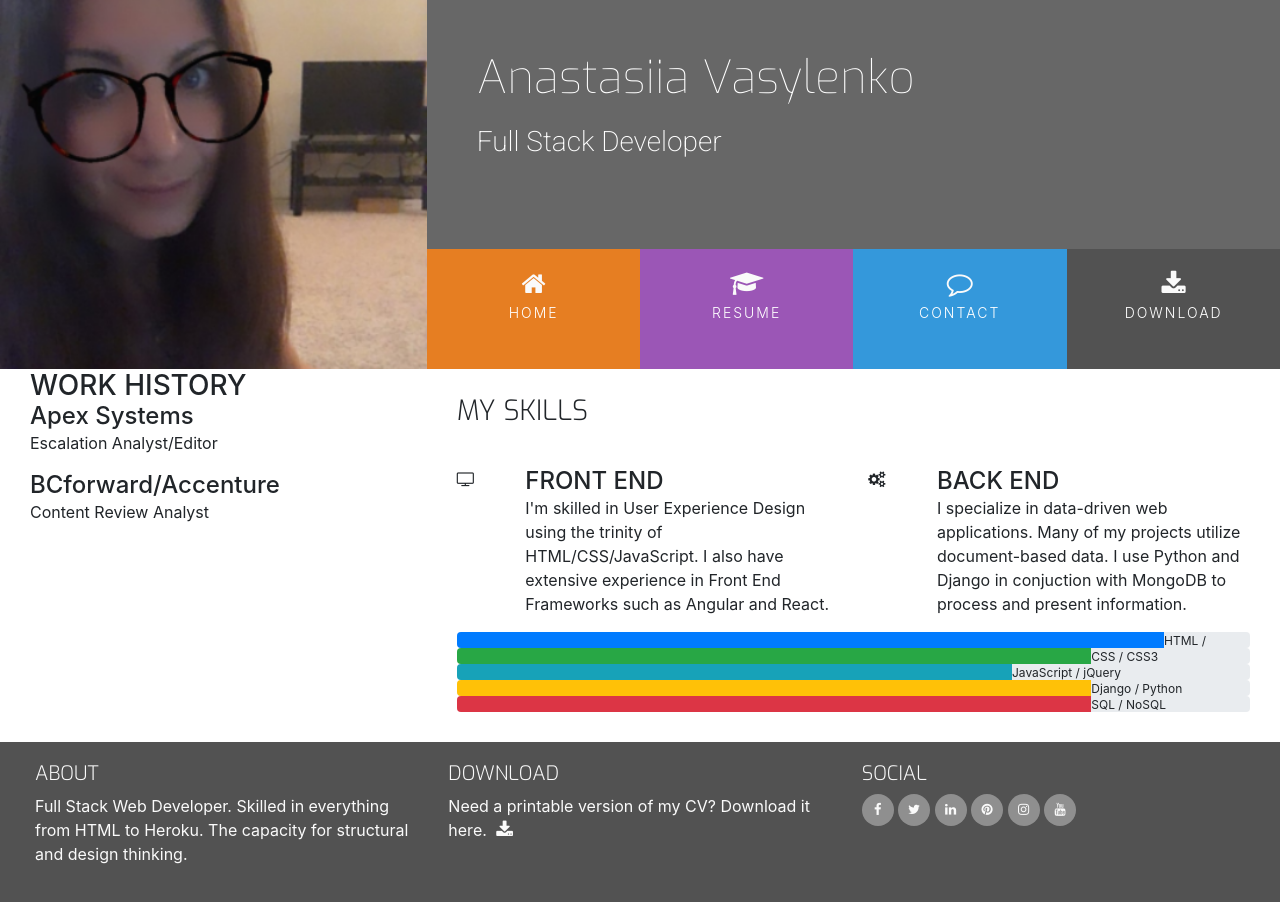
Repository: aavasylenko/myresume
Page: resume.html
The author's editor kept a record of every edit. The page is drawn from the files as they stood at one moment, then again after the next edit.
The browser window is 1280 px wide. The pictures show the whole page.

Above is the page before.

### resume.html
<!DOCTYPE html>
<html lang="en">

<head>
    <meta charset="UTF-8">
    <meta name="viewport" content="width=device-width, initial-scale=1.0">
    <meta http-equiv="X-UA-Compatible" content="ie=edge">
    <link rel="stylesheet" href="https://stackpath.bootstrapcdn.com/bootstrap/4.3.1/css/bootstrap.min.css" type="text/css" />
    <link rel="stylesheet" href="https://stackpath.bootstrapcdn.com/font-awesome/4.7.0/css/font-awesome.min.css" type="text/css" />
    <link rel="stylesheet" href="https://cdnjs.cloudflare.com/ajax/libs/hover.css/2.3.1/css/hover-min.css" type="text/css" />
    <link rel="stylesheet" href="assets/css/style.css" type="text/css" />
    <title>Rosie</title>
</head>

<body>
    <header>
        <div class='row no-gutters'>
            <a href="index.html" class="col-md-4 logo">

            </a>
            <div class='col-md-8'>
                <div class='row no-gutters bg-color-name-title'>
                    <div class='col heading'>
                        <h1 class='name'>Anastasiia Vasylenko</h1>
                        <h2 class='title'>Full Stack Developer</h2>
                    </div>
                </div>
                <div class="row no-gutters">
                    <div class="col">
                        <ul id="nav" class="list-inline menucontainer">
                            <li class="col-6 col-sm-3 ui-menu-color-home list-inline-item menuitem">
                                <a href="index.html" class="hvr-sweep-to-bottom"><i class="fa fa-home" aria-hdden="true"></i><span>Home</span></a>
                            </li>
                            <li class="col-6 col-sm-3 ui-menu-color-resume list-inline-item menuitem">
                                <a href="resume.html" class="hvr-sweep-to-bottom"><i class="fa fa-graduation-cap" aria-hdden="true"></i><span>Resume</span></a>
                            </li>
                            <li class="col-6 col-sm-3 ui-menu-color-contact list-inline-item menuitem">
                                <a href="contact.html" class="hvr-sweep-to-bottom"><i class="fa fa-comment-o" aria-hdden="true"></i><span>Contact</span></a>
                            </li>
                            <li class="col-6 col-sm-3 ui-menu-color-download list-inline-item menuitem">
                                <a href="#" class="hvr-sweep-to-bottom"><i class="fa fa-download" aria-hdden="true"></i><span>Download</span></a>
                            </li>
                        </ul>
                    </div>
                </div>
            </div>
        </div>
    </header>
    <section class="container-fluid">
        <div class="row">
            <div class="col-md-4 bg-color-work-history section-column">
                <div class="row">
                    <div class="col-12">
                        <h3 class="history-heading uppercase">Work History</h3>
                    </div>
                </div>
                <div class="timeline-item" data-dates="10/2016 - 10/2017">
                    <h4>Apex Systems</h4>
                    <p>Escalation Analyst/Editor</p>
                </div>
                <div class="timeline-item" data-dates="10/2017 - 06/2018">
                    <h4>BCforward/Accenture</h4>
                    <p>Content Review Analyst</p>
                </div>
            </div>
            <div class="col-md-8 bg-color-three-reasons section-column">
                <div class="row">
                    <div class="col">
                        <h3 class="section-heading uppercase">My skills</h3>
                    </div>
                </div>
                <div class="row">
                    <div class="col-10 offset-1 offset-sm-0 col-sm-4 col-md-6">
                        <div class="row">
                            <div class="col-2">
                                <i class="three-reasons-icon fa fa-tv" aria-hidden="true"></i>
                            </div>
                            <div class="col-10">
                                <h4 class="three-reasons-heading uppercase">Front End</h4>
                                <p>
                                    I'm skilled in User Experience Design using the trinity of HTML/CSS/JavaScript. I also have extensive experience in Front End Frameworks such as Angular and React.
                                </p>
                            </div>
                        </div>
                    </div>
                    <div class="col-10 offset-1 offset-sm-0 col-sm-4 col-md-6">
                        <div class="row">
                            <div class="col-2">
                                <i class="three-reasons-icon fa fa-gears" aria-hidden="true"></i>
                            </div>
                            <div class="col-10">
                                <h4 class="three-reasons-heading uppercase">Back End</h4>
                                <p>
                                    I specialize in data-driven web applications. Many of my projects utilize document-based data. I use Python and Django in conjuction with MongoDB to process and present information.
                                </p>
                            </div>
                        </div>
                    </div>
                </div>
                <div class="row progress-section">
                    <div class="col">
                        <div class="progress">
                            <div class="progress-bar" role="progressbar" aria-valuenow="90" aria-valuemin="0" aria-valuemax="100" style="width:90%;">
                                <span class="sr-only">90% complete</span>
                            </div>
                            <span class="progress-type">HTML / HTML5</span>
                        </div>
                        <div class="progress">
                            <div class="progress-bar bg-success" role="progressbar" aria-valuenow="80" aria-valuemin="0" aria-valuemax="100" style="width:80%;">
                                <span class="sr-only">80% complete</span>
                            </div>
                            <span class="progress-type">CSS / CSS3</span>
                        </div>
                        <div class="progress">
                            <div class="progress-bar bg-info" role="progressbar" aria-valuenow="70" aria-valuemin="0" aria-valuemax="100" style="width:70%;">
                                <span class="sr-only">70% complete</span>
                            </div>
                            <span class="progress-type">JavaScript / jQuery</span>
                        </div>
                        <div class="progress">
                            <div class="progress-bar bg-warning" role="progressbar" aria-valuenow="80" aria-valuemin="0" aria-valuemax="100" style="width:80%;">
                                <span class="sr-only">80% complete</span>
                            </div>
                            <span class="progress-type">Django / Python</span>
                        </div>
                        <div class="progress">
                            <div class="progress-bar bg-danger" role="progressbar" aria-valuenow="80" aria-valuemin="0" aria-valuemax="100" style="width:80%;">
                                <span class="sr-only">80% complete</span>
                            </div>
                            <span class="progress-type">SQL / NoSQL</span>
                        </div>
                    </div>
                </div>
            </div>
        </div>

    </section>
    <footer class="container-fluid">
        <div id="footer-details" class="row">
            <div class="col-sm-4">
                <h5 class="uppercase general-sub">About</h5>
                <p class='inline-block'>
                    Full Stack Web Developer. Skilled in everything from HTML to Heroku. The capacity for structural and design thinking.
                </p>
            </div>
            <div class="col-sm-4">
                <h5 class="uppercase general-sub">Download</h5>
                <p class='inline-block'>
                    Need a printable version of my CV? Download it here.
                    <a href='#' target="_blank" class="cv-pdf">
                        <i class="fa fa-download" aria-hidden='true'></i>
                        <span class='sr-only'>Download link.</span>
                    </a>
                </p>
            </div>
            <div class="col-sm-4">
                <h5 class="uppercase general-sub">Social</h5>
                <ul class='list-inline social-links'>
                    <li class='list-inline-item'>
                        <a target='_blank' href="#">
                            <i class="fa fa-facebook" aria-hidden='true'></i>
                            <span class='sr-only'>Facebook</span>
                        </a>
                    </li>
                    <li class='list-inline-item'>
                        <a target='_blank' href="#">
                            <i class="fa fa-twitter" aria-hidden='true'></i>
                            <span class='sr-only'>Twitter</span>
                        </a>
                    </li>
                    <li class='list-inline-item'>
                        <a target='_blank' href="#">
                            <i class="fa fa-linkedin" aria-hidden='true'></i>
                            <span class='sr-only'>LinkedIn</span>
                        </a>
                    </li>
                    <li class='list-inline-item'>
                        <a target='_blank' href="#">
                            <i class="fa fa-pinterest" aria-hidden='true'></i>
                            <span class='sr-only'>Pinterest</span>
                        </a>
                    </li>
                    <li class='list-inline-item'>
                        <a target='_blank' href="#">
                            <i class="fa fa-instagram" aria-hidden='true'></i>
                            <span class='sr-only'>Instagram</span>
                        </a>
                    </li>
                    <li class='list-inline-item'>
                        <a target='_blank' href="#">
                            <i class="fa fa-youtube" aria-hidden='true'></i>
                            <span class='sr-only'>YouTube</span>
                        </a>
                    </li>
                </ul>
            </div>
        </div>

    </footer>
</body>

</html>

### assets/css/style.css
@import url('https://fonts.googleapis.com/css?family=Roboto:100,200,300,400,500,600,700|Exo:100,200,300,400,500,600,700');

/*----------------------------Colors */

.bg-color-name-title {
    background-color: #676767;
}

.bg-color-three-reasons {
    background-color: #fff;

}

.ui-menu-color-home {
    background-color: #e67e22;
}

.ui-menu-color-resume {
    background-color: #9b56b6;
}

.ui-menu-color-contact {
    background-color: #3498db;
}

.ui-menu-color-download {
    background-color: #525252;
}

/*----------------------------Special paddings/margins/text */

h1,
h2,
h3,
h4 {
    margin: 0;
}

.uppercase {
    text-transform: uppercase;
}

.general-sub {
    font-family: "Exo", sans-serif;
    font-weight: 300;
    color: #fafafa;
}

.inline-block {
    display: inline-block;
}

.row-table {
    display: table;
}

.section-column {
    display: table-cell;
    padding: 0 30px 30px;
    float: none;
}

.section-heading {
    font-family: "Exo", sans-serif;
    font-weight: 300;
    margin-top: 25px;
    margin-bottom: 40px;
}

/*----------------------------Heading */

header {
    margin: 0;
}

.heading {
    margin-left: 50px;
}

.logo {
    background: url("../images/avatar.jpg");
    background-position: center;
    background-repeat: no-repeat;
    background-size: cover;
    min-height: 360px;
    transition: all .5s ease-in-out;
    -moz-transition: all .5s ease-in-out;
    -webkit-transition: all .5s ease-in-out;
}

.name {
    font-family: "Exo", sans-serif;
    font-weight: 100;
    font-size: 46px;
    margin-top: 50px;
    color: #fff;
}

.title {
    font-family: "Roboto", sans-serif;
    font-weight: 200;
    font-size: 28px;
    margin-top: 20px;
    margin-bottom: 90px;
    color: #fff;
}

.list-inline-item:not(:last-child) {
    margin: 0;
}

.menucontainer {
    font-size: 0;
}

#nav {
    margin: 0;
}

#nav li {
    font-size: 14px;
    padding: 0;
}

.menuitem {
    height: 120px;
    text-align: center;
    padding: 0;
}

.menuitem a {
    width: 100%;
    text-decoration: none;
    color: #fff;
    height: 120px;
}

.menuitem a i {
    padding-top: 22px;
    display: block;
    color: #fafafa;
    font-size: 26px;
}

.menuitem span {
    display: block;
    width: 100%;
    padding-top: 5px;
    text-align: center;
    text-transform: uppercase;
    font-size: 14px;
    font-weight: 300;
    letter-spacing: 2px;
}

/*----------------------------Hover.css */

.hvr-sweep-to-bottom:before {
    background-color: rgba(0, 0, 0, 0.2);
    height: 120px;
}

/*----------------------------Footer */

footer {
    background-color: #525252;
    color: #fafafa;
    min-height: 120px;
    margin: 0;
}

.cv-pdf i {
    font-size: 18px;
    color: #fafafa;
    text-align: center;
    padding-left: 5px;
    transition: all 0.35s ease-in-out;
    -moz-transition: all 0.35s ease-in-out;
    -webkit-transition: all 0.35s ease-in-out;
    -o-transition: all 0.35s ease-in-out;
}

.cv-pdf i:hover {
    color: #e84610;
}

.social-links {
    padding-bottom: 15px;
}

.social-links li a i {
    width: 32px;
    height: 32px;
    padding: 12px 0;
    border-radius: 50%;
    font-size: 13px;
    line-height: 7px;
    text-align: center;
    color: #fafafa;
    background: #8f8f8f;
    transition: all 0.35s ease-in-out;
    -moz-transition: all 0.35s ease-in-out;
    -webkit-transition: all 0.35s ease-in-out;
    -o-transition: all 0.35s ease-in-out;
}

.social-links li a i:hover {
    background: #e84610;
}

#footer-details {
    padding: 20px;
}

After the next edit:
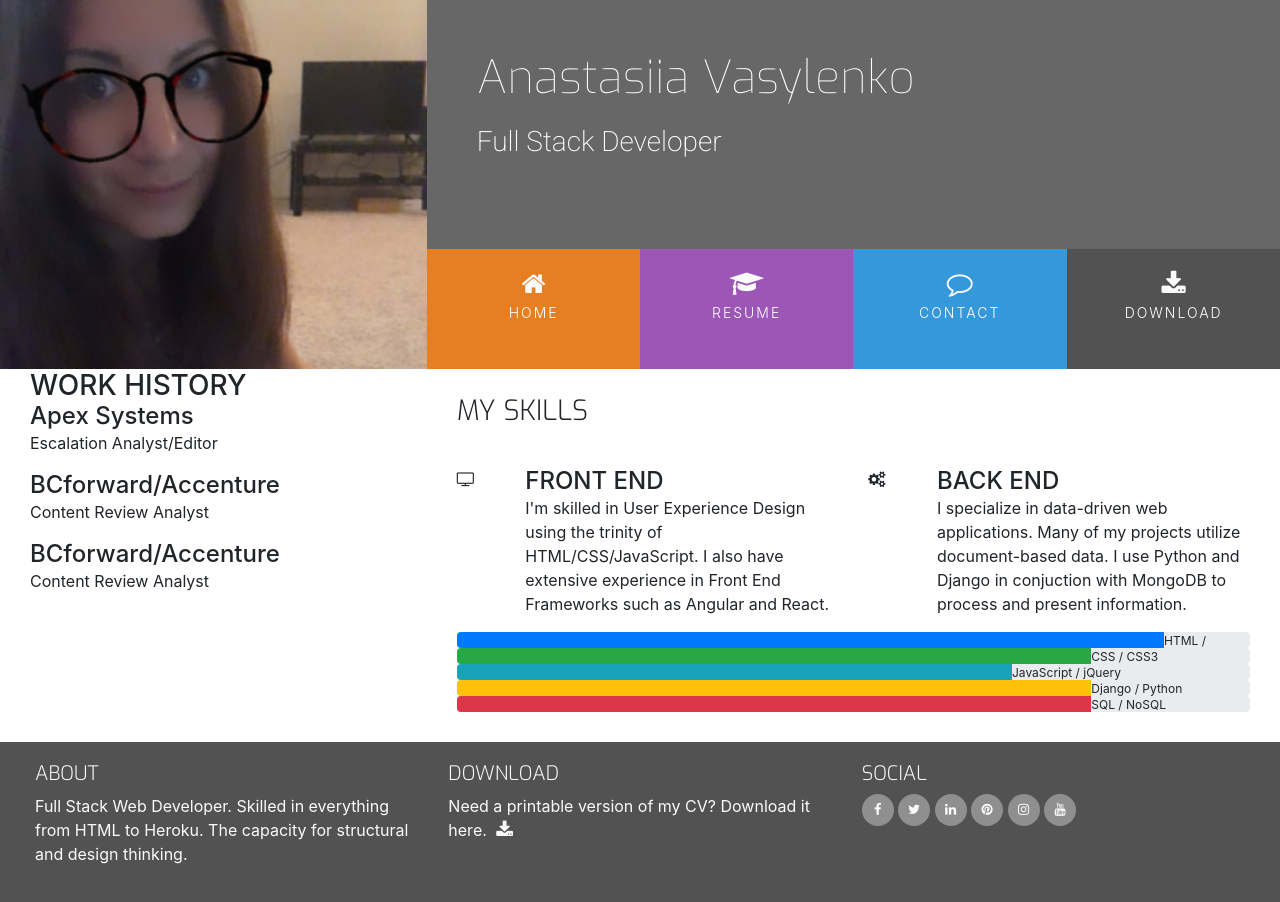
The edit:
--- a/resume.html
+++ b/resume.html
@@ -62,6 +62,10 @@
                     <h4>BCforward/Accenture</h4>
                     <p>Content Review Analyst</p>
                 </div>
+                <div class="timeline-item" data-dates="06/2018 - 02/2019">
+                    <h4>BCforward/Accenture</h4>
+                    <p>Content Review Analyst</p>
+                </div>
             </div>
             <div class="col-md-8 bg-color-three-reasons section-column">
                 <div class="row">
